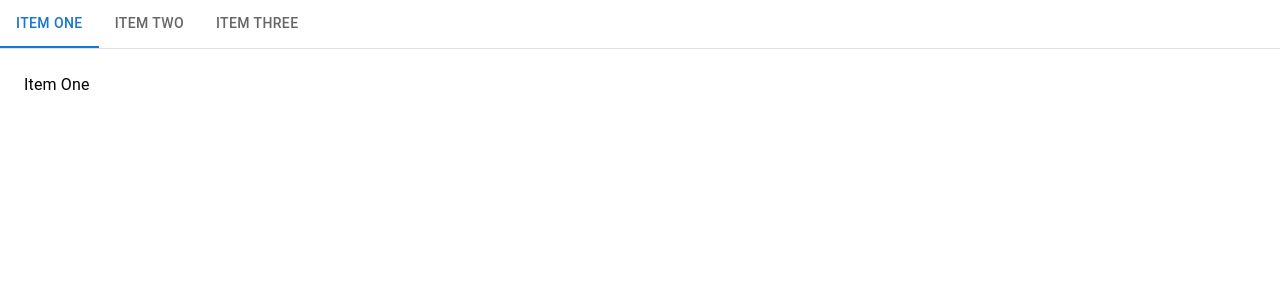
Repository: baopham2-tiki/tiki-order-listing
Page: /oderApp
An editor plug-in stored every save of this project. The page is shown before and after the next save, followed by the edit.
The browser window is 1280 px wide. The pictures show the whole page.
The project was rebuilt for these pictures with package versions that can differ from the ones it lists, and the page was loaded fresh each time. The framework's server and built-in components were replaced by stand-ins that run in the browser. Also part of the build but not shown: next.config.js.

Above is the page before, as saved 2022-11-09 22:33:30.

### pages/_app.tsx
import '../styles/globals.css'
import type { AppProps } from 'next/app'
import { store } from '../store'
import { Provider } from 'react-redux'

export default function App({ Component, pageProps }: AppProps) {
  return (
    <Provider store={store}>
      <Component {...pageProps} />
    </Provider>
  )
}

### pages/oderApp.tsx
import * as React from 'react'
import Tabs from '@mui/material/Tabs'
import Tab from '@mui/material/Tab'
import Typography from '@mui/material/Typography'
import Box from '@mui/material/Box'

interface TabPanelProps {
  children?: React.ReactNode
  index: number
  value: number
}

function TabPanel(props: TabPanelProps) {
  const { children, value, index, ...other } = props

  return (
    <div
      role="tabpanel"
      hidden={value !== index}
      id={`simple-tabpanel-${index}`}
      aria-labelledby={`simple-tab-${index}`}
      {...other}
    >
      {value === index && (
        <Box sx={{ p: 3 }}>
          <Typography>{children}</Typography>
        </Box>
      )}
    </div>
  )
}

function a11yProps(index: number) {
  return {
    id: `simple-tab-${index}`,
    'aria-controls': `simple-tabpanel-${index}`,
  }
}

export default function BasicTabs() {
  const [value, setValue] = React.useState(0)

  const handleChange = (event: React.SyntheticEvent, newValue: number) => {
    setValue(newValue)
  }

  return (
    <Box sx={{ width: '100%' }}>
      <Box sx={{ borderBottom: 1, borderColor: 'divider' }}>
        <Tabs value={value} onChange={handleChange} aria-label="basic tabs example">
          <Tab label="Item One" {...a11yProps(0)} />
          <Tab label="Item Two" {...a11yProps(1)} />
          <Tab label="Item Three" {...a11yProps(2)} />
        </Tabs>
      </Box>
      <TabPanel value={value} index={0}>
        Item One
      </TabPanel>
      <TabPanel value={value} index={1}>
        Item Two
      </TabPanel>
      <TabPanel value={value} index={2}>
        Item Three
      </TabPanel>
      <TabPanel value={value} index={2}>
        Item Three
      </TabPanel>
      <TabPanel value={value} index={2}>
        Item Three
      </TabPanel>
      <TabPanel value={value} index={2}>
        Item Three
      </TabPanel>
    </Box>
  )
}

### store.ts
import { configureStore } from '@reduxjs/toolkit';
import counterReducer from './slices/counterSlice';

export const store = configureStore({
  reducer: {
    counter: counterReducer,
  },
});
// Infer the `RootState` and `AppDispatch` types from the store itself
export type RootState = ReturnType<typeof store.getState>;
// Inferred type: {posts: PostsState, comments: CommentsState, users: UsersState}
export type AppDispatch = typeof store.dispatch;

### slices/counterSlice.ts
import { createSlice } from '@reduxjs/toolkit';
import type { PayloadAction } from '@reduxjs/toolkit';

export interface CounterState {
  value: number;
}

const initialState: CounterState = {
  value: 0,
};

export const counterSlice = createSlice({
  name: 'counter',
  initialState,
  reducers: {
    increment: (state) => {
      state.value += 1;
    },
    decrement: (state) => {
      state.value -= 1;
    },
    incrementByAmount: (state, action: PayloadAction<number>) => {
      state.value += action.payload;
    },
  },
});

// Action creators are generated for each case reducer function
export const { increment, decrement, incrementByAmount } = counterSlice.actions;

export default counterSlice.reducer;

Loaded but not shown: styles/globals.css (common file)

After the next save:
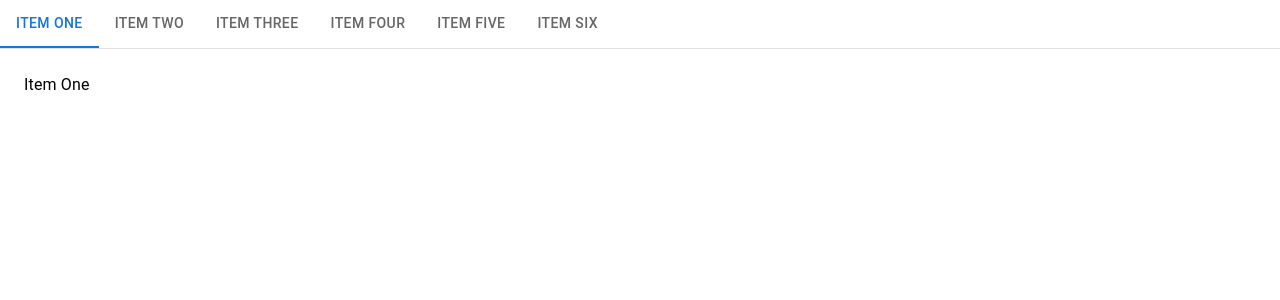
Saved 86 s later.
--- a/pages/oderApp.tsx
+++ b/pages/oderApp.tsx
@@ -51,6 +51,9 @@ export default function BasicTabs() {
           <Tab label="Item One" {...a11yProps(0)} />
           <Tab label="Item Two" {...a11yProps(1)} />
           <Tab label="Item Three" {...a11yProps(2)} />
+          <Tab label="Item Four" {...a11yProps(3)} />
+          <Tab label="Item Five" {...a11yProps(4)} />
+          <Tab label="Item Six" {...a11yProps(5)} />
         </Tabs>
       </Box>
       <TabPanel value={value} index={0}>
@@ -62,15 +65,6 @@ export default function BasicTabs() {
       <TabPanel value={value} index={2}>
         Item Three
       </TabPanel>
-      <TabPanel value={value} index={2}>
-        Item Three
-      </TabPanel>
-      <TabPanel value={value} index={2}>
-        Item Three
-      </TabPanel>
-      <TabPanel value={value} index={2}>
-        Item Three
-      </TabPanel>
     </Box>
   )
 }
